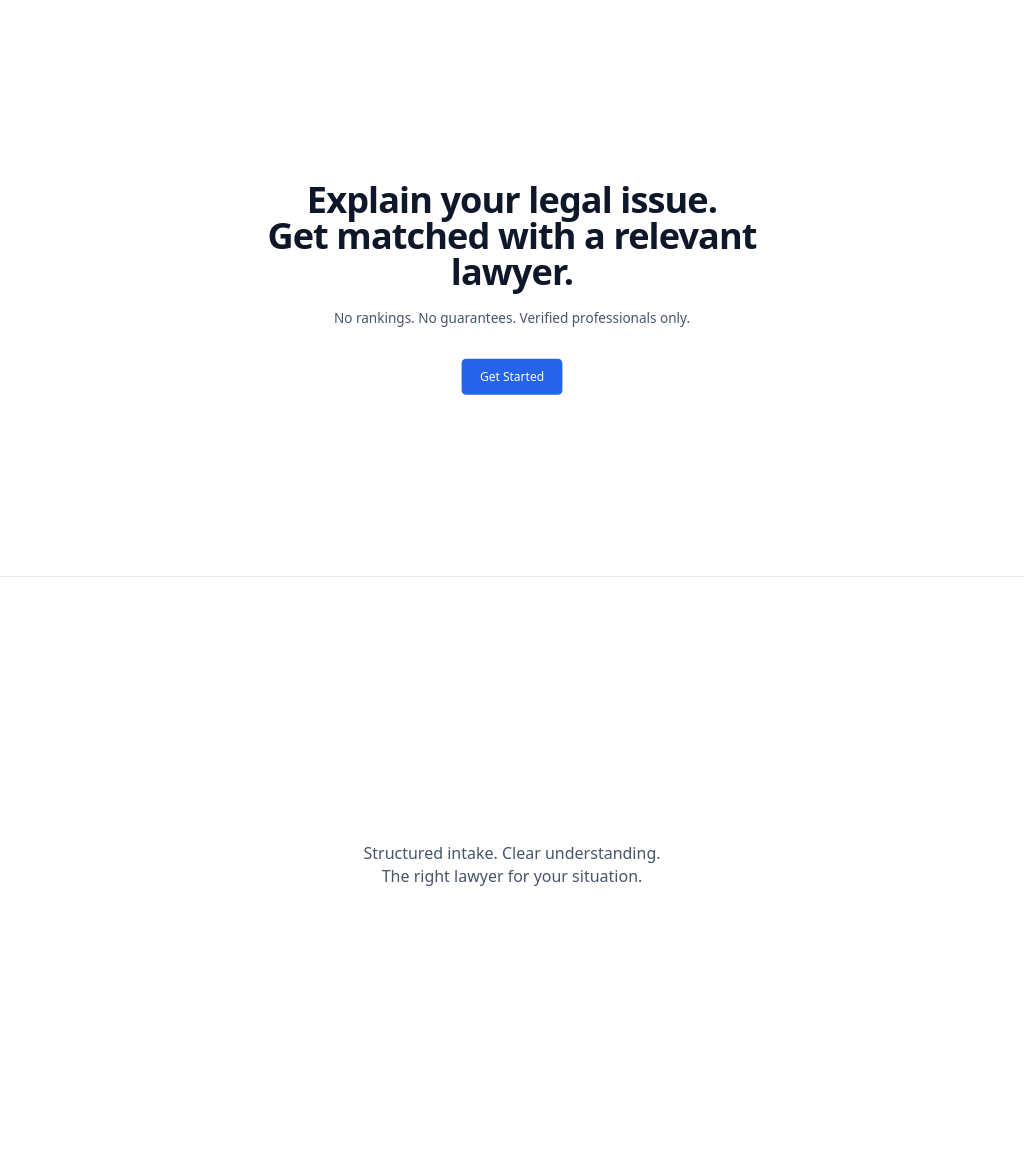
Repository: Aroxy22/legal-res
Page: /
These files come from the project's save history. The page is drawn as it stood at one moment and after the next save; the edit follows.
The browser window is 1280 px wide. The pictures show the whole page, at 80% of full size.
The project was rebuilt for these pictures with package versions that can differ from the ones it lists, and the page was loaded fresh each time. The framework's server and built-in components were replaced by stand-ins that run in the browser. Also part of the build but not shown: next.config.ts.

Above is the page before, as saved 2025-12-22 01:11:12.

After the next save:
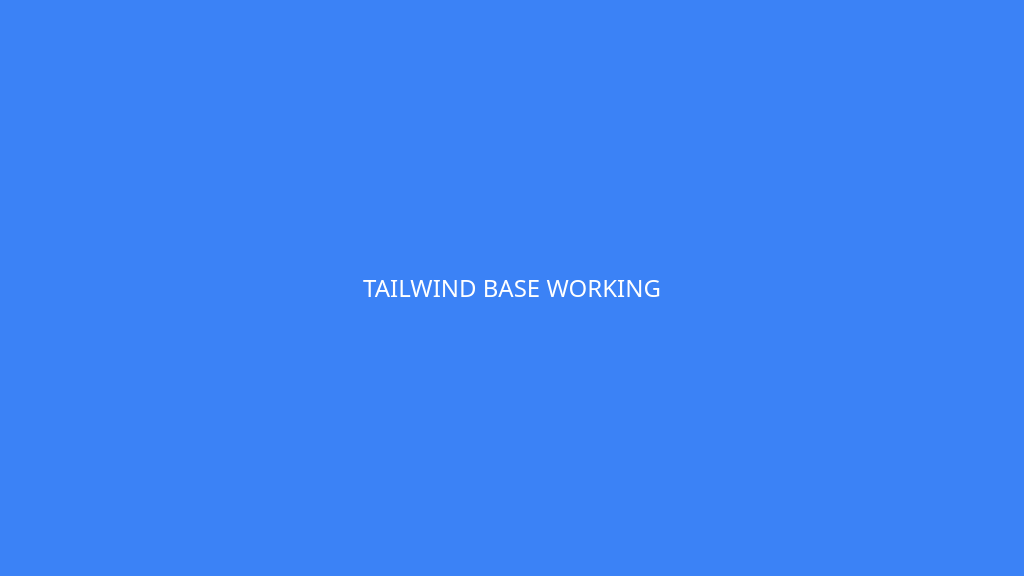
Saved 42 s later.
--- a/app/page.tsx
+++ b/app/page.tsx
@@ -1,47 +1,9 @@
-"use client";
-
-import { motion, useScroll, useTransform } from "framer-motion";
-
 export default function Home() {
-  const { scrollYProgress } = useScroll();
-
-  const scale = useTransform(scrollYProgress, [0, 0.25], [1, 0.94]);
-
   return (
-    <main className="min-h-[200vh] bg-white">
-      {/* HERO */}
-      <section className="sticky top-0 h-screen flex items-center justify-center">
-        <motion.div
-          style={{ scale }}
-          className="text-center px-6 max-w-3xl"
-        >
-          <h1 className="text-5xl font-semibold tracking-tight text-textPrimary">
-            Explain your legal issue.
-            <br />
-            Get matched with a relevant lawyer.
-          </h1>
-
-          <p className="mt-6 text-lg text-textSecondary">
-            No rankings. No guarantees. Verified professionals only.
-          </p>
-
-          <button
-            className="mt-10 px-6 py-3 bg-primary text-white rounded-md
-                       hover:bg-primaryHover transition-colors"
-          >
-            Get Started
-          </button>
-        </motion.div>
-      </section>
-
-      {/* BELOW HERO */}
-      <section className="h-screen flex items-center justify-center border-t border-borderSubtle">
-        <p className="text-xl text-textSecondary max-w-xl text-center px-6">
-          Structured intake. Clear understanding.
-          <br />
-          The right lawyer for your situation.
-        </p>
-      </section>
-    </main>
+    <div className="h-screen bg-blue-500 flex items-center justify-center">
+      <p className="text-white text-3xl font-sans">
+        TAILWIND BASE WORKING
+      </p>
+    </div>
   );
 }

After the 3 saves that followed:
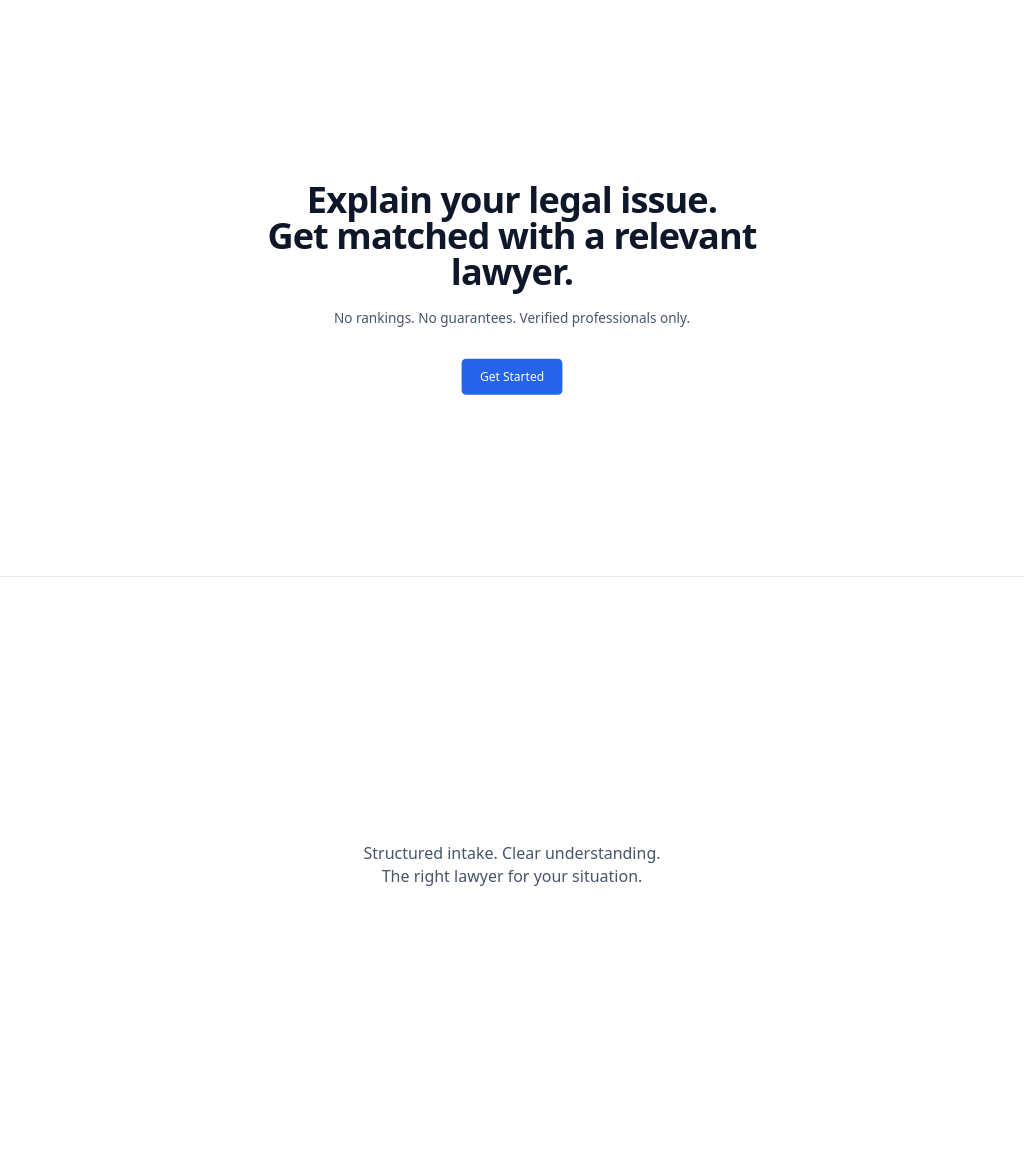
The 3 saves are shown as one change because 1 did not build or start and 1 left the picture as it was.
The last was saved 4 min 14 s later.
--- a/app/page.tsx
+++ b/app/page.tsx
@@ -1,9 +1,50 @@
+"use client";
+
+import { motion, useScroll, useTransform } from "framer-motion";
+import { useRouter } from "next/navigation";
+
 export default function Home() {
+  const { scrollYProgress } = useScroll();
+  const router = useRouter();
+
+  const scale = useTransform(scrollYProgress, [0, 0.25], [1, 0.94]);
+
   return (
-    <div className="h-screen bg-blue-500 flex items-center justify-center">
-      <p className="text-white text-3xl font-sans">
-        TAILWIND BASE WORKING
-      </p>
-    </div>
+    <main className="min-h-[200vh] bg-white">
+      {/* HERO */}
+      <section className="sticky top-0 h-screen flex items-center justify-center">
+        <motion.div
+          style={{ scale }}
+          className="text-center px-6 max-w-3xl"
+        >
+          <h1 className="text-5xl font-semibold tracking-tight text-textPrimary">
+            Explain your legal issue.
+            <br />
+            Get matched with a relevant lawyer.
+          </h1>
+
+          <p className="mt-6 text-lg text-textSecondary">
+            No rankings. No guarantees. Verified professionals only.
+          </p>
+
+          <button
+            onClick={() => router.push("/intake")}
+            className="mt-10 px-6 py-3 bg-primary text-white rounded-md
+                       hover:bg-primaryHover transition-colors"
+          >
+            Get Started
+          </button>
+        </motion.div>
+      </section>
+
+      {/* BELOW HERO */}
+      <section className="h-screen flex items-center justify-center border-t border-borderSubtle">
+        <p className="text-xl text-textSecondary max-w-xl text-center px-6">
+          Structured intake. Clear understanding.
+          <br />
+          The right lawyer for your situation.
+        </p>
+      </section>
+    </main>
   );
 }
